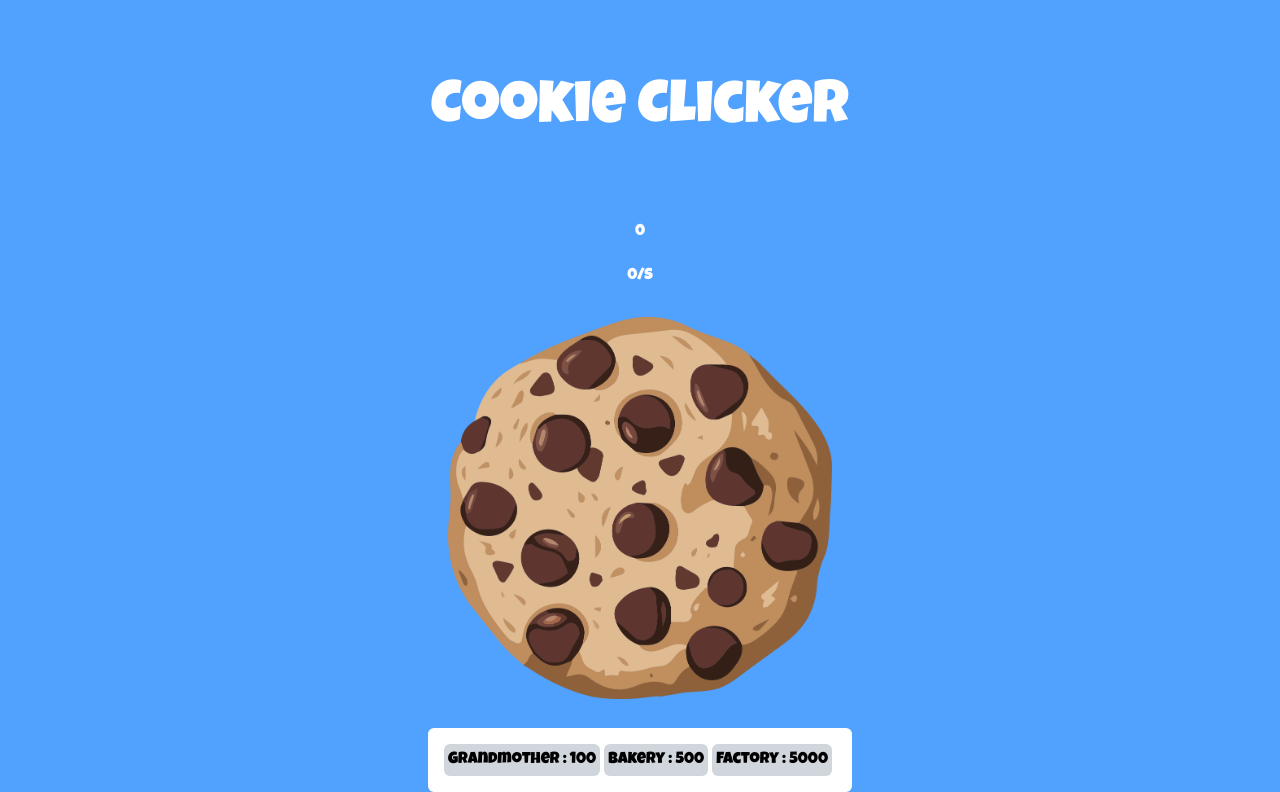
Repository: Cozmoss/cookie_clicker
Page: /
These files come from the project's save history. The page is drawn as it stood at one moment and after the next save; the edit follows.
The browser window is 1280 px wide. The pictures show the whole page.
The project was rebuilt for these pictures with package versions that can differ from the ones it lists, and the page was loaded fresh each time. Also part of the build but not shown: vite.config.js, src/App.css.

Above is the page before, as saved 2026-04-24 15:40:08.

### index.html
<!doctype html>
<html lang="en">
	<head>
		<meta charset="UTF-8" />
		<link rel="icon" type="image/svg+xml" href="/favicon.svg" />
		<meta name="viewport" content="width=device-width, initial-scale=1.0" />
		<link href="https://fonts.googleapis.com/css2?family=Luckiest+Guy&display=swap" rel="stylesheet" />
		<title>Cookie Clicker</title>
	</head>
	<body>
		<div id="root"></div>
		<script type="module" src="/src/main.jsx"></script>
	</body>
</html>

### src/index.css
@import "tailwindcss";

:root {
	font-family: "Luckiest Guy";
	background-color: oklch(70.7% 0.165 254.624);
}

### src/App.jsx
import "./App.css";
import Header from "./components/Header";
import CookieCount from "./components/CookieCount";
import CookiePerSecond from "./components/CookiePerSecond";
import Cookie from "./components/Cookie";
import Shop from "./components/Shop";
import { GameProvider } from "./context/GameContext";

function App() {
	return (
		<GameProvider>
			<Header />
			<main className="grid justify-items-center gap-5">
				<CookieCount />
				<CookiePerSecond />
				<Cookie />
				<Shop />
			</main>
		</GameProvider>
	);
}

export default App;

### src/components/Header.jsx
function Header() {
	return <header className="text-6xl text-white text-center my-20">Cookie Clicker</header>;
}

export default Header;

### src/components/CookieCount.jsx
import { useGame } from "../context/GameContext";

function CookieCount() {
    const { state } = useGame();

	return <div className="text-white">{state.count}</div>;
}

export default CookieCount;

### src/components/CookiePerSecond.jsx
import { useGame } from "../context/GameContext";

function CookiePerSecond() {
    const { state } = useGame();
	return <div className="text-white">{state.cookiePerSecond}/s</div>;
}

export default CookiePerSecond;

### src/components/Cookie.jsx
import cookie from "../assets/cookie.png";
import { useGame } from "../context/GameContext";

function Cookie() {
    const { dispatch } = useGame();
	return (
		<div>
			<button className="cursor-pointer" onClick={() => dispatch({type: "CLICK_COOKIE"})}>
				<img src={cookie} alt="Cookie" className="w-96" />
			</button>
		</div>
	);
}

export default Cookie;

### src/components/Shop.jsx
import { useGame } from "../context/GameContext";

function Shop() {
    const { state, dispatch } = useGame();
	return (
		<div className="bg-white p-4 rounded-md">
            {state.upgrades.map((upgrade) => (
                <button key={upgrade.id} onClick={() => dispatch({type: "BUY_UPGRADE", payload: { cost: upgrade.cost, cps: upgrade.cps }})} disabled={state.count < upgrade.cost} className="bg-gray-300 rounded-md cursor-pointer align-middle px-1 py-1 mr-1">{upgrade.name} : {upgrade.cost}</button>
            ))}
		</div>
	);
}

export default Shop;

### src/context/GameContext.jsx
import { createContext, useContext, useEffect, useReducer } from "react";

const GameContext = createContext()

const initialState = {
    count: 0,
    cookiePerSecond: 0,
    upgrades: [
        {id: 1, name: "Grandmother", cost: 100, cps: 1},
        {id: 2, name: "Bakery", cost: 500, cps: 10},
        {id: 3, name: "Factory", cost: 5000, cps: 100},
    ],
}

function GameReducer(state, action) {
    switch (action.type) {
        case "CLICK_COOKIE":
            return {...state, count: state.count + 1};
        case "BUY_UPGRADE":
            return {...state, count: state.count - action.payload.cost, cookiePerSecond: state.cookiePerSecond + action.payload.cps};
        case "TICK":
            return {...state, count: state.count + state.cookiePerSecond};
        default:
            return state;
    }
}

export function GameProvider({children}) {
    const [state, dispatch] = useReducer(GameReducer, initialState);

    useEffect(() => {
        const interval = setInterval(() => dispatch({type: "TICK"}), 1000);
        return () => clearInterval(interval);
    }, []);

    return (<GameContext.Provider value={{state, dispatch}}>
        {children}
    </GameContext.Provider>);
}

export const useGame = () => useContext(GameContext);

Loaded but not shown: src/main.jsx (common file)

After the next save:
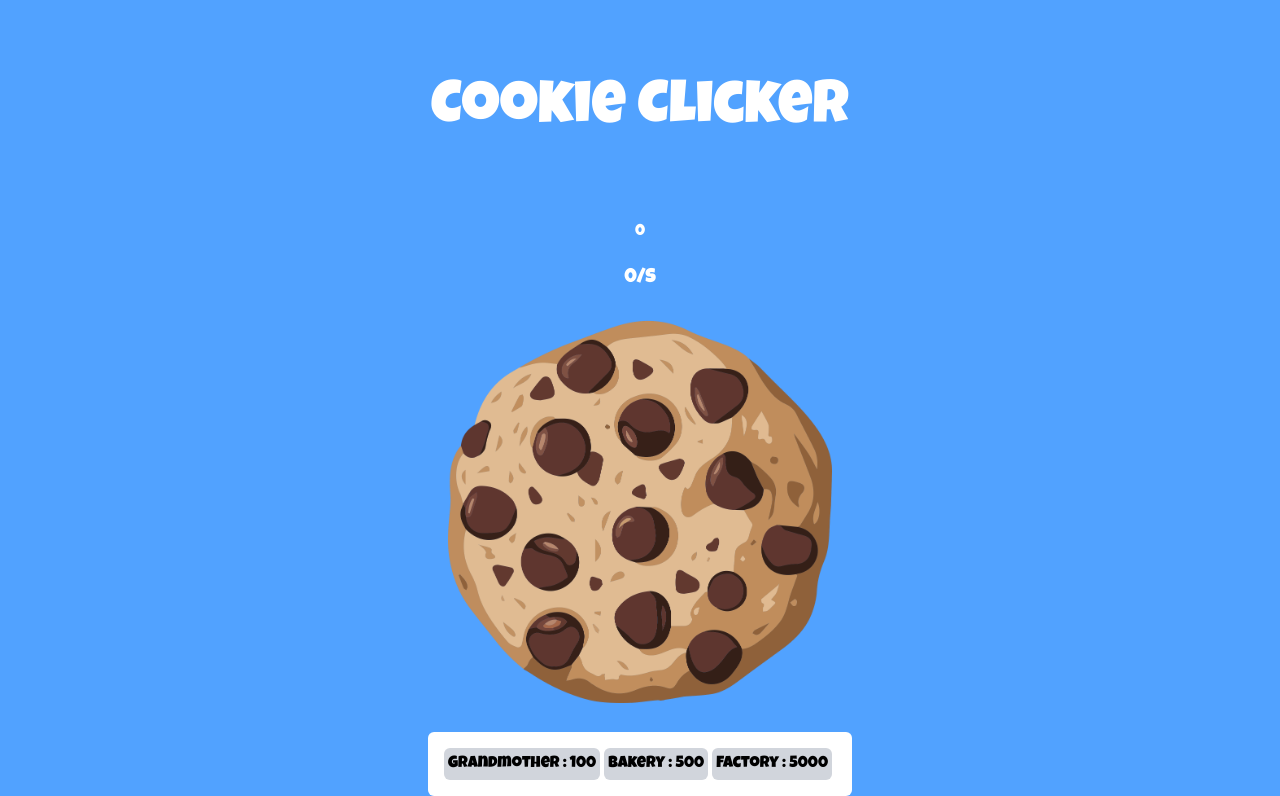
Saved 16 s later.
--- a/src/components/CookiePerSecond.jsx
+++ b/src/components/CookiePerSecond.jsx
@@ -2,7 +2,7 @@ import { useGame } from "../context/GameContext";
 
 function CookiePerSecond() {
     const { state } = useGame();
-	return <div className="text-white">{state.cookiePerSecond}/s</div>;
+	return <div className="text-white text-xl">{state.cookiePerSecond}/s</div>;
 }
 
 export default CookiePerSecond;
